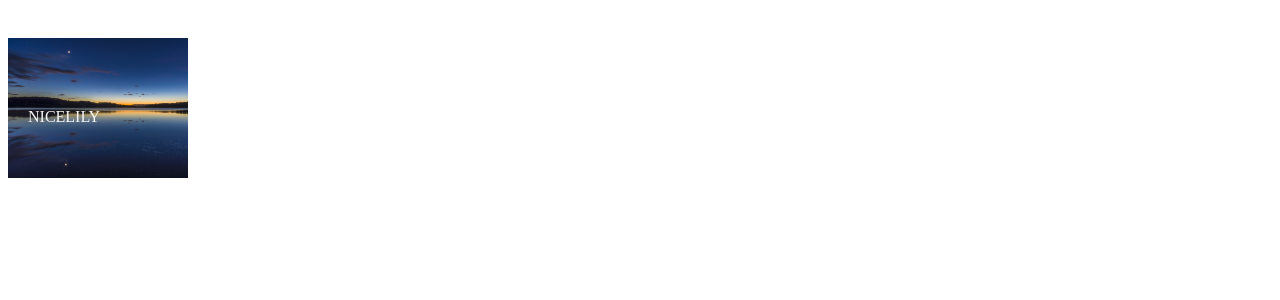
Repository: northpx/animation
Page: index.html
An editor plug-in stored every save of this project. The page is shown before and after the next save, followed by the edit.
The browser window is 1280 px wide. The pictures show the whole page.
The pointer rests on the first visible `.container`.

Above is the page before, as saved 2022-12-19 20:43:53.

After the next save:
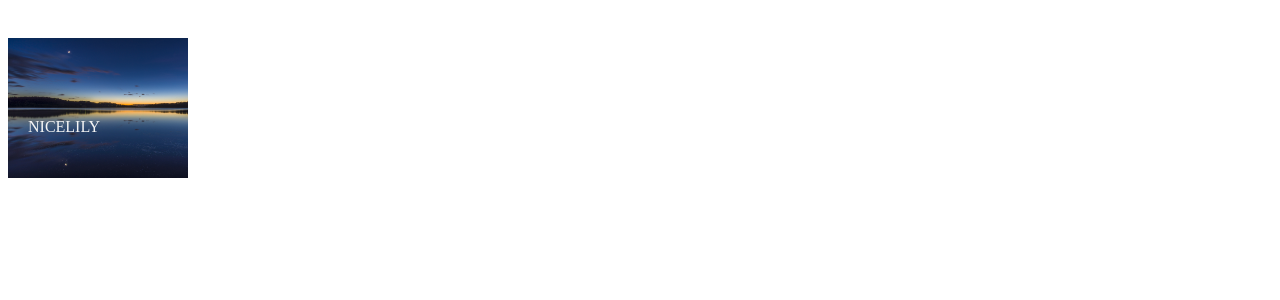
Saved 8 s later.
--- a/style.css
+++ b/style.css
@@ -125,5 +125,5 @@
 }
 
 .container:hover .content{
-    transform: translateY(-220px);
+    transform: translateY(-210px);
 }

After the save that followed:
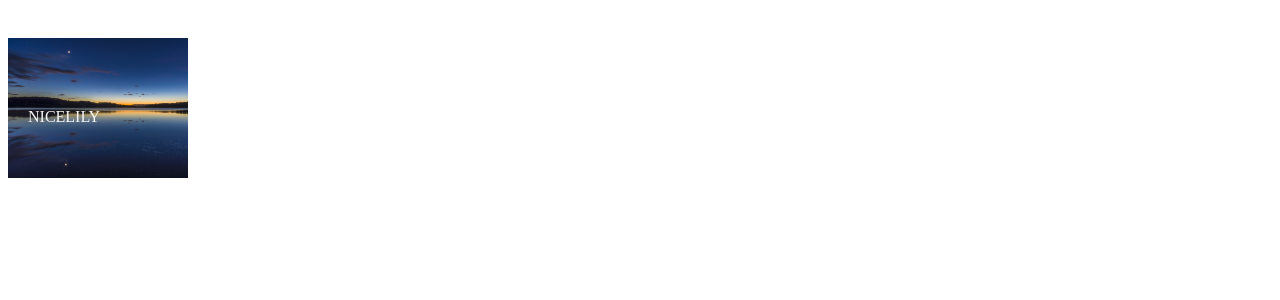
Saved 39 s later.
--- a/style.css
+++ b/style.css
@@ -125,5 +125,5 @@
 }
 
 .container:hover .content{
-    transform: translateY(-210px);
+    transform: translateY(-220px);
 }
